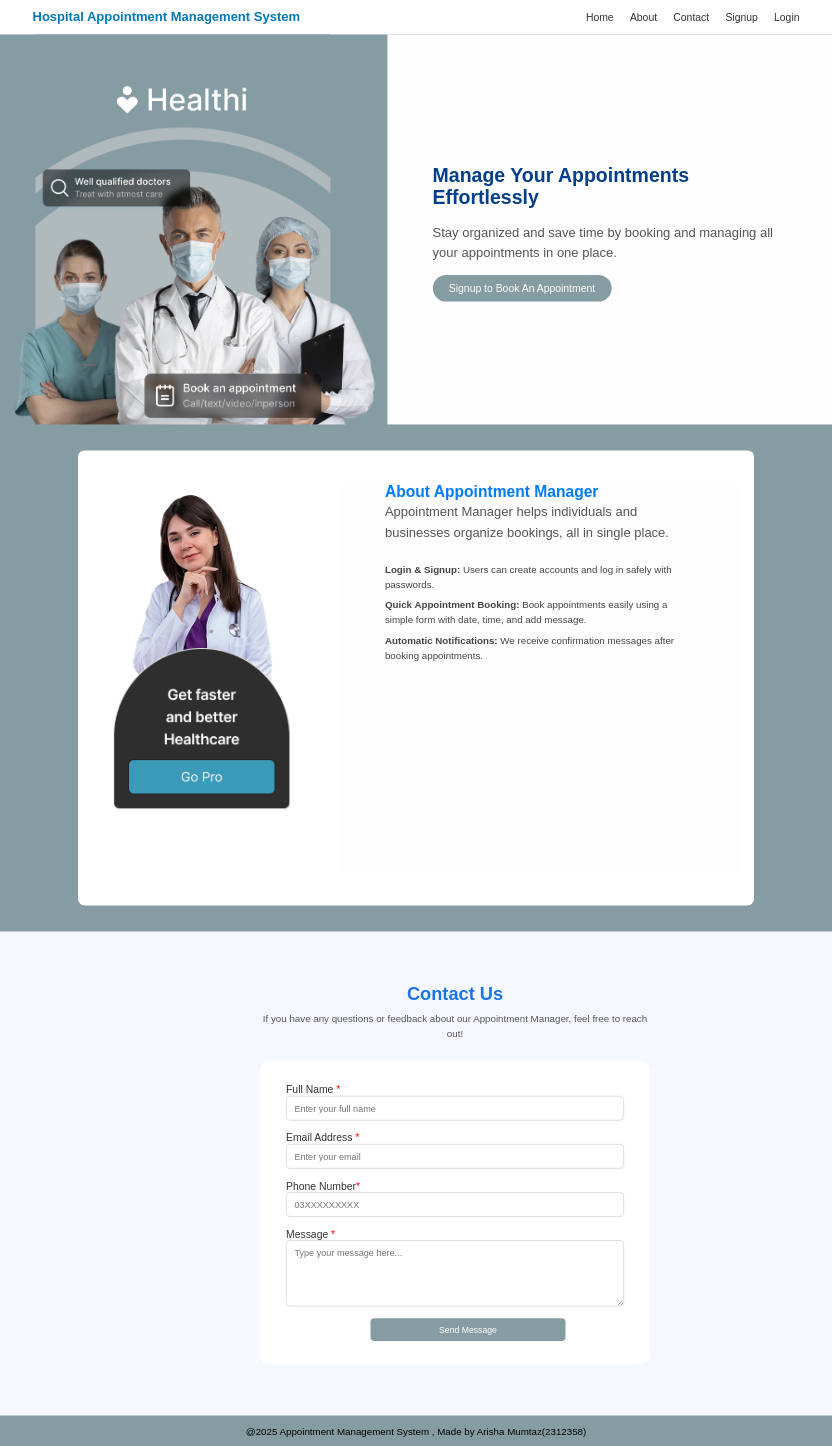
Repository: Arisha004/hospital-management-midterm-
Page: landingpage.html
The author's editor kept a copy of each file at every save. The page is drawn from the files as they stood at one save, then again after a run of saves.
The browser window is 1280 px wide. The pictures show the whole page, at 65% of full size.

Above is the page before, as saved 2025-11-08 14:27:32.

### landingpage.html

<html>
<head>
  <title>Appointment Management System</title>
  <link rel="stylesheet" href="style.css">
  <style>

  h2 {
    color: #007bff;
  }
  button{
  display: inline-block;
  background-color: #869CA3;
  color: #fff;
  padding: 10px 22px;
  border: none;
  border-radius: 6px;
  cursor: pointer;
  font-weight: 500;
   text-align: center;
}


a{
  color: white;
  text-decoration: none;
}
  </style>
</head>
<body>
  <header class="navbar">
    <div class="logo">Hospital Appointment Management System</div>
    <nav>
      <ul>
        <li><a href="#landing">Home</a></li>
        <li><a href="about.html">About</a></li>
        <li><a href="contact.html">Contact</a></li>
        <li><a href="signup.php">Signup</a></li>
        <li><a href="login.php">Login</a></li>

      </ul>
    </nav>
  </header>


  <section class="landing">
      <div class="right"></div>
    <div class="left">
      <h1>Manage Your Appointments Effortlessly</h1>
      <p>Stay organized and save time by booking and managing all your appointments in one place.</p>
      <a href="signup.php" class="btn">Signup to Book An Appointment</a>
    </div>

  </section>

<section class="container about-inner">
    <section class="landing">
      <div class="rightabout"></div>
    <div class="left">
        <h2>About Appointment Manager</h2>
        <p>Appointment Manager helps individuals and businesses organize bookings, all in single place.</p>
        <ul class="features">
              <li><strong> Login & Signup:</strong> Users can create accounts and log in safely with  passwords.</li>
<li><strong>Quick Appointment Booking:</strong> Book appointments easily using a simple form with date, time, and add message.</li>
<li><strong>Automatic Notifications:</strong> We receive confirmation messages after booking appointments.</li>

        </ul>
      </div>
    </div>
  </section>
  </section>

<section id="contact" class="contact">
    <div class="container contact-inner">
      <h2>Contact Us</h2>
      <p>If you have any questions or feedback about our Appointment Manager, feel free to reach out!</p>

      <form action="insertcontactform.php" method="post" class="contact-form">
        <div class="form-group">
          <label>Full Name <span>*</span></label>
          <input type="text" id="name" name="name" placeholder="Enter your full name" pattern="^[A-Za-z]{3,}( [A-Za-z]+)?$" title="Full name should contain only letters and spaces, and must be at least 3 characters long.">

        </div>

        <div class="form-group">
          <label>Email Address <span>*</span></label>
          <input type="email" id="email" name="email" placeholder="Enter your email" title="Please enter a valid email address, e.g. example@gmail.com." required>
        </div>

        <div class="form-group">
          <label>Phone Number<span>*</span></label>
          <input type="tel" id="phone" name="phone" placeholder="03XXXXXXXXX" required pattern="[0-9]{11}" title="Enter 11-digit number only">
        </div>

        <div class="form-group">
          <label>Message <span>*</span></label>
          <textarea id="message" name="message" rows="5" placeholder="Type your message here..." required  pattern=".*\S.*" minlength="10"  title="Message must be at least 10 characters long.Cannot enter only spaces"></textarea>
        </div>

        <button type="submit" class="btn">Send Message</button>
      </form>
    </div>
</section>



  <footer>
    <p> @2025 Appointment Management System , Made by Arisha Mumtaz(2312358)</p>
  </footer>
</body>
</html>

### style.css

* {
  margin: 0;
  padding: 0;
  font-family: 'Poppins', sans-serif;
}

body {
  background: #869CA3;
  color: #333;
}

.about {
  background-color: #f9f9f9;
  padding: 80px 0; /*80px top & bottom, 0 left & right */
}

.about-image img {

  width: 450px;
  border-radius: 10px;
}

.about-content {
  margin-top: 20px;
  width: 300px;
}

.about-content h2 {
  font-size: 28px;
  color: #1a73e8;
  margin-bottom: 15px;
}

.about-content p {
  font-size: 16px;
  color: #555;
  line-height: 1.6;
  margin-bottom: 20px;
}

.features {
  list-style: none;
  padding: 0;
  margin-bottom: 25px;
}

.features li {
  margin-bottom: 10px;
  color: #444;
  font-size: 15px;
  line-height: 1.5;
}



.contact {
  background-color: #f5f9ff;
  padding: 80px 0;
}

.contact-inner {
  width: 600px;
  margin-left: 400PX;
  text-align: center;
}

.contact h2 {
  font-size: 28px;
  color: #1a73e8;
  margin-bottom: 10px;
}

.contact p {
  color: #555;
  margin-bottom: 30px;
  font-size: 15px;
  line-height: 1.6;
}

.card {
  background-color: #869CA3;
  width: 280px;
  padding: 20px;
  border-radius: 10px;
  box-shadow: 0 0 8px rgba(0,0,0,0.1);
  text-align: left;
}
.card-container {
  display: flex;
  justify-content: center;
  gap: 20px;
}


.card h4 {
  font-size: 18px;
  margin-bottom: 10px;
  color: lightcyan;
}

.card p {
  font-size: 15px;
  color: whitesmoke;
  line-height: 1.5;
}



.contact-form {
  background-color: #fff;
  padding: 35px 40px;
  border-radius: 12px;
  text-align: left;
}

.form-group {
  margin-bottom: 18px;
}
.about-cards {
  text-align: center;
  padding: 40px 20px;
  background-color: #f5f5f5;
}

.about-cards h3 {
  font-size: 24px;
  margin-bottom: 30px;
  color: black;
}


label {
  font-weight: 500;
  margin-bottom: 6px;
  color: #333;
}

label span {
  color: red;
}

input, textarea {
  width: 100%;
  padding: 10px 12px;
  border: 1px solid #ccc;
  border-radius: 6px;
  font-size: 14px;
}



.contact-form .btn {
  display: inline-block;
  background-color: #869CA3;
  color: #fff;
  padding: 10px 22px;
  border: none;
  border-radius: 6px;
  cursor: pointer;
  font-weight: 500;

  margin-left: 130px;
   text-align: center;
}


.navbar {
  display: flex;
  justify-content: space-between;
  align-items: center;
  padding: 15px 50px;
  background: #fff;

 }

.navbar .logo {
  font-weight: 700;
  font-size: 20px;
  color: #0077b6;
}

.navbar ul {
  display: flex;
  list-style: none;
}

.navbar ul li a {
  text-decoration: none;
  color: #333;
  margin-left: 25px;
}

/*.landing becomes a flex container.
Its children (e.g., .left and .right) automatically become flex items.flex items are IN horizontally (row direction).*/

.landing {
  display: flex;
  height: 600px;
}


  button{

  display: inline-block;
  background-color: #869CA3;
  color: #fff;
  padding: 10px 22px;
  border: none;
  border-radius: 6px;
  cursor: pointer;
  font-weight: 500;

   text-align: center;
}


.landing .left {

  width: 50%;
  padding: 0 70px; /*adds 70px space on left and right (inner spacing).*/
  background: #fefefe;
}


.landing .left h1 {
  margin-top: 200px;
  font-size: 30px;
  color: #023e8a;
  margin-bottom: 20px;
}

.landing .left p {
  font-size: 20px;
  color: #555;
  margin-bottom: 30px;
  line-height: 1.6;
}

.btn {
  background: #869CA3;
  color: #fff;
  padding: 12px 25px;
  border-radius: 30px;
  text-decoration: none;
  font-weight: 300;
  width: 300px;
}


.landing .right {
  width:700px;
  background:url(images/pic1.png);
  background-repeat: no-repeat;
  background-size: cover;
}





.form1-container {
  width: 520px;
  margin: 80px auto;
  background: white;
  padding: 20px;
  border-radius: 8px;
}

.form1-container h2 {
  text-align: center;
  color: #333;
}

.form1-container label {
  display: block;
  margin-top: 10px;
  color: #555;
}

.form1-container input {
  width: 100%;
  padding: 8px;
  margin-top: 5px;
  border: 1px solid #ccc;
  border-radius: 4px;
}

.form1-container button {
  width: 100%;
  margin-top: 15px;
  padding: 10px;
  background: #869CA3;
  border: none;
  color: white;
  border-radius: 4px;
  cursor: pointer;
}


.form1-container p {
  text-align: center;
  margin-top: 10px;
}

.success {
  text-align: center;
  background: #d4edda;
  color: #155724;
  padding: 8px;
  border-radius: 5px;
  margin: 10px auto;
  width: 320px;
}

.error {
  text-align: center;
  background: #f8d7da;
  color: #721c24;
  padding: 8px;
  border-radius: 5px;
  margin: 10px auto;
  width: 320px;
}

footer {
  text-align: center;
  padding: 15px;
 background-color:#869CA3;
  color: black;
  font-size: 15px;

}

.container.about-inner {
  padding: 50px 20px;
  background-color: #fff;
  margin: 40px auto;
  width: 1000px;
  border-radius: 10px;

}
.landing .rightabout {
  width:400px;
  background:url(images/pic2.png);
  background-repeat: no-repeat;
  background-size: contain;
}



.about-content {
  width: 600px;
}

.about-content h2 {
  font-size: 28px;
  margin-bottom: 15px;
  color: #222;
}

.about-content p {
  font-size: 16px;
  line-height: 1.6;
  margin-bottom: 15px;
}

After the next 2 saves:
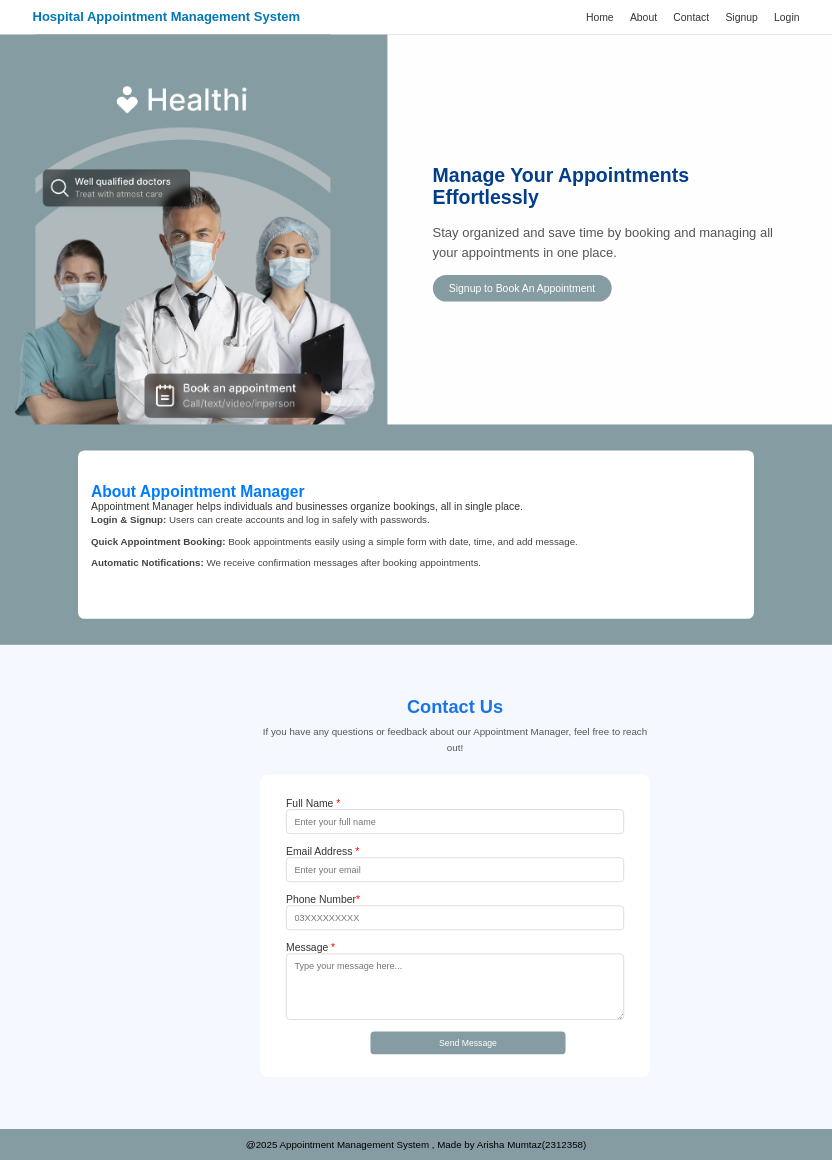
The 2 saves are shown as one change because they came seconds apart.
The last was saved 46 s later.
--- a/landingpage.html
+++ b/landingpage.html
@@ -54,9 +54,9 @@ a{
   </section>
 
 <section class="container about-inner">
-    <section class="landing">
+    <section class="landingabout">
       <div class="rightabout"></div>
-    <div class="left">
+    <div class="leftabout">
         <h2>About Appointment Manager</h2>
         <p>Appointment Manager helps individuals and businesses organize bookings, all in single place.</p>
         <ul class="features">
